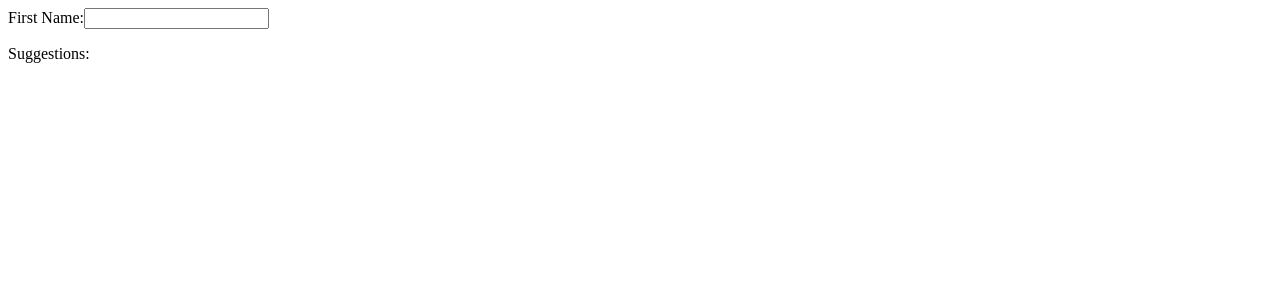
Repository: SravyaChunduri/workspace
Page: http://localhost/AJAXDemo/Hello.jsp
These files come from the project's save history. The page is drawn as it stood at one moment and after the next save; the edit follows.
The browser window is 1280 px wide. The pictures show the whole page.
The page is served by Tomcat 9.

Above is the page before, as saved 2015-08-17 05:16:34.

After the next save:
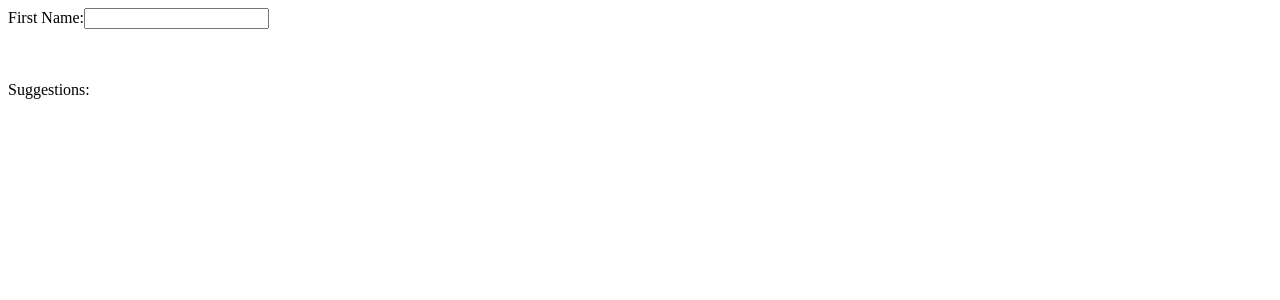
Saved 8 s later.
--- a/AJAXDemo/WebContent/Hello.jsp
+++ b/AJAXDemo/WebContent/Hello.jsp
@@ -8,7 +8,7 @@
 </head>
 <body>
 <form>
-First Name:<input type="text" id="txt1" name="put" onkeyup="showHint(this.value)">
+First Name:<input type="text" id="txt1" name="put" onkeyup="showHint(this.value)"><br><br><br>
 <p>Suggestions:<span id="t"></span></p>
 
 </form>
